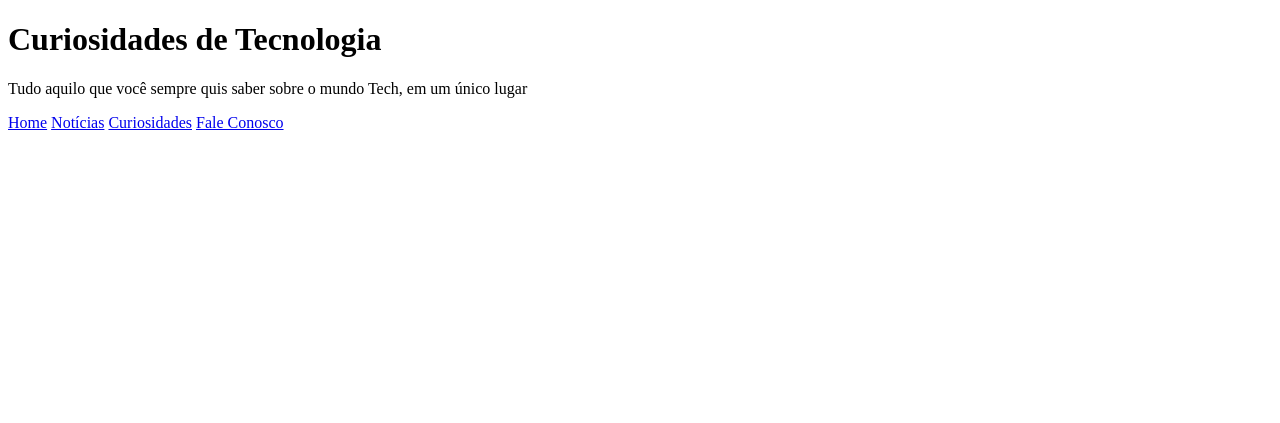
Repository: ClaytonEduard/cursoemvideo
Page: html-css/desafios/d010/android.html
These files come from the project's save history. The page is drawn as it stood at one moment and after a run of saves; the edit follows.
The browser window is 1280 px wide. The pictures show the whole page.

Above is the page before, as saved 2022-12-02 08:57:11.

### html-css/desafios/d010/android.html
<!DOCTYPE html>
<html lang="pt-br">

<head>
    <meta charset="UTF-8">
    <meta http-equiv="X-UA-Compatible" content="IE=edge">
    <meta name="viewport" content="width=device-width, initial-scale=1.0">
    <title>Como surgiu o mascote do Android?</title>
</head>

<body>
    <header>
        <h1>Curiosidades de Tecnologia</h1>
        <p>Tudo aquilo que você sempre quis saber sobre o mundo Tech, em um único lugar</p>
    </header>
    <nav>
        <a href="#">Home</a>
        <a href="#">Notícias</a>
        <a href="#">Curiosidades</a>
        <a href="#">Fale Conosco</a>
    </nav>
    <main>
        <article>

        </article>
    </main>
</body>

</html>

After the next 2 saves:
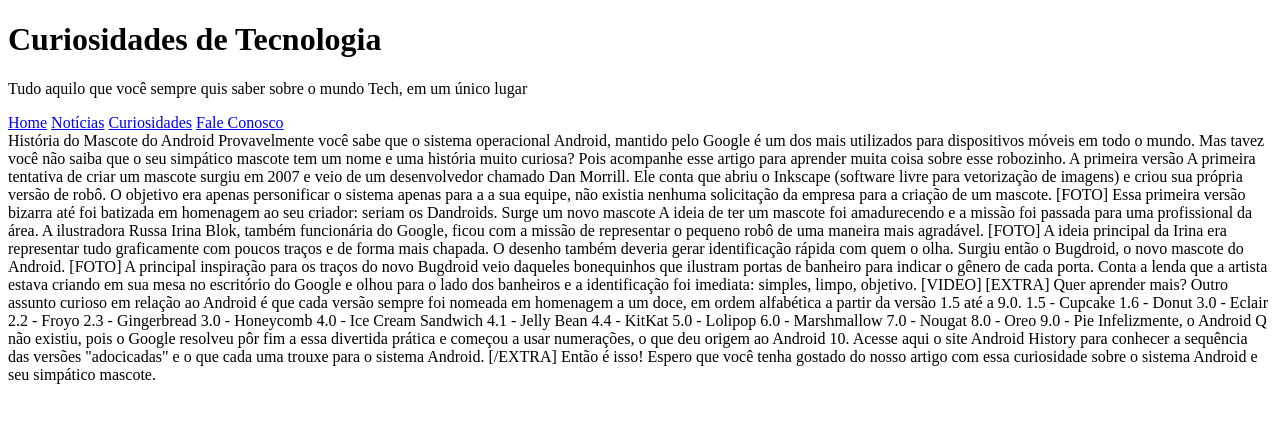
The 2 saves are shown as one change because they came seconds apart.
The last was saved 30 s later.
--- a/html-css/desafios/d010/android.html
+++ b/html-css/desafios/d010/android.html
@@ -21,7 +21,73 @@
     </nav>
     <main>
         <article>
+            História do Mascote do Android
 
+            Provavelmente você sabe que o sistema operacional Android, mantido pelo Google é um dos mais utilizados para
+            dispositivos móveis em todo o mundo. Mas tavez você não saiba que o seu simpático mascote tem um nome e uma
+            história muito curiosa? Pois acompanhe esse artigo para aprender muita coisa sobre esse robozinho.
+
+            A primeira versão
+
+            A primeira tentativa de criar um mascote surgiu em 2007 e veio de um desenvolvedor chamado Dan Morrill. Ele
+            conta que abriu o Inkscape (software livre para vetorização de imagens) e criou sua própria versão de robô.
+            O objetivo era apenas personificar o sistema apenas para a a sua equipe, não existia nenhuma solicitação da
+            empresa para a criação de um mascote.
+
+            [FOTO]
+
+            Essa primeira versão bizarra até foi batizada em homenagem ao seu criador: seriam os Dandroids.
+
+            Surge um novo mascote
+
+            A ideia de ter um mascote foi amadurecendo e a missão foi passada para uma profissional da área. A
+            ilustradora Russa Irina Blok, também funcionária do Google, ficou com a missão de representar o pequeno robô
+            de uma maneira mais agradável.
+
+            [FOTO]
+
+            A ideia principal da Irina era representar tudo graficamente com poucos traços e de forma mais chapada. O
+            desenho também deveria gerar identificação rápida com quem o olha. Surgiu então o Bugdroid, o novo mascote
+            do Android.
+
+            [FOTO]
+
+            A principal inspiração para os traços do novo Bugdroid veio daqueles bonequinhos que ilustram portas de
+            banheiro para indicar o gênero de cada porta. Conta a lenda que a artista estava criando em sua mesa no
+            escritório do Google e olhou para o lado dos banheiros e a identificação foi imediata: simples, limpo,
+            objetivo.
+
+            [VIDEO]
+
+            [EXTRA] Quer aprender mais?
+
+            Outro assunto curioso em relação ao Android é que cada versão sempre foi nomeada em homenagem a um doce, em
+            ordem alfabética a partir da versão 1.5 até a 9.0.
+
+            1.5 - Cupcake
+            1.6 - Donut
+            3.0 - Eclair
+            2.2 - Froyo
+            2.3 - Gingerbread
+            3.0 - Honeycomb
+            4.0 - Ice Cream Sandwich
+            4.1 - Jelly Bean
+            4.4 - KitKat
+            5.0 - Lolipop
+            6.0 - Marshmallow
+            7.0 - Nougat
+            8.0 - Oreo
+            9.0 - Pie
+
+            Infelizmente, o Android Q não existiu, pois o Google resolveu pôr fim a essa divertida prática e começou a
+            usar numerações, o que deu origem ao Android 10.
+
+            Acesse aqui o site Android History para conhecer a sequência das versões "adocicadas" e o que cada uma
+            trouxe para o sistema Android.
+            [/EXTRA]
+
+            Então é isso! Espero que você tenha gostado do nosso artigo com essa curiosidade sobre o sistema Android e
+            seu simpático mascote.
         </article>
     </main>
 </body>
